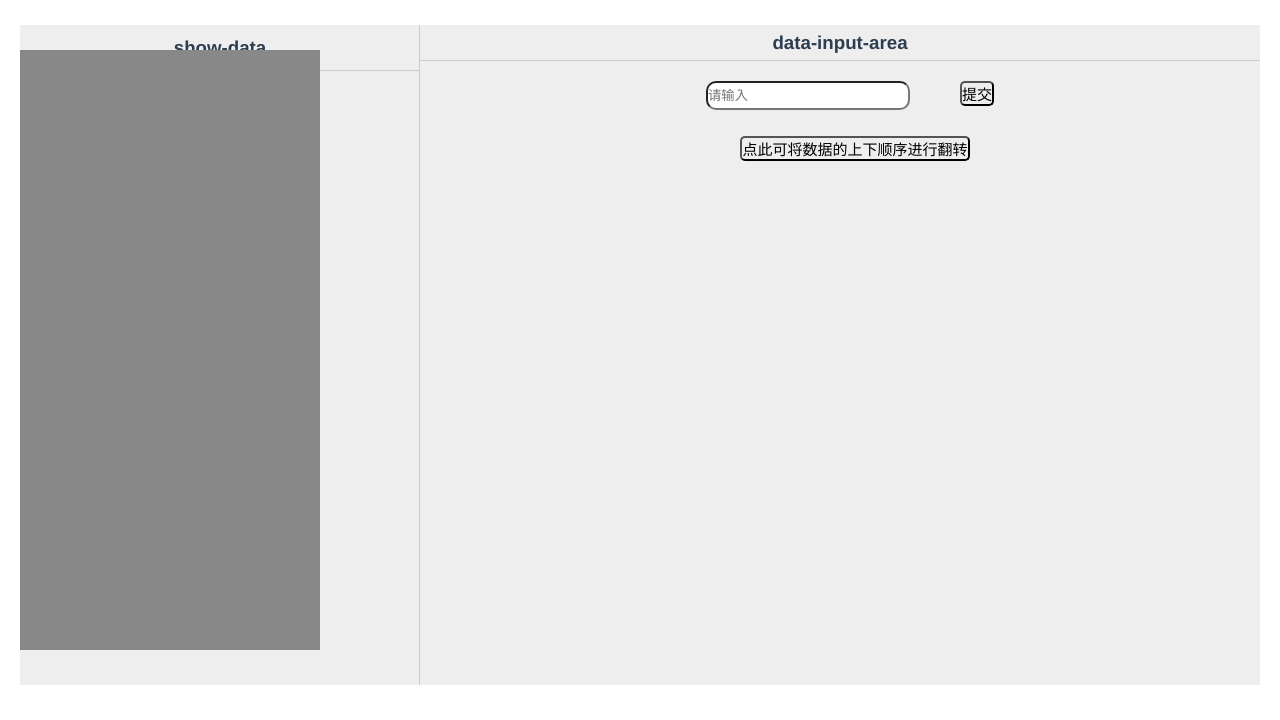
Repository: z-xy-git/demofirst
Page: /home/reverseShowData
An editor plug-in stored every save of this project. The page is shown before and after the next save, followed by the edit.
The browser window is 1280 px wide. The pictures show the whole page.
The project was rebuilt for these pictures with package versions that can differ from the ones it lists, and the page was loaded fresh each time.

Above is the page before, as saved 2021-03-01 12:03:05.

After the next save:
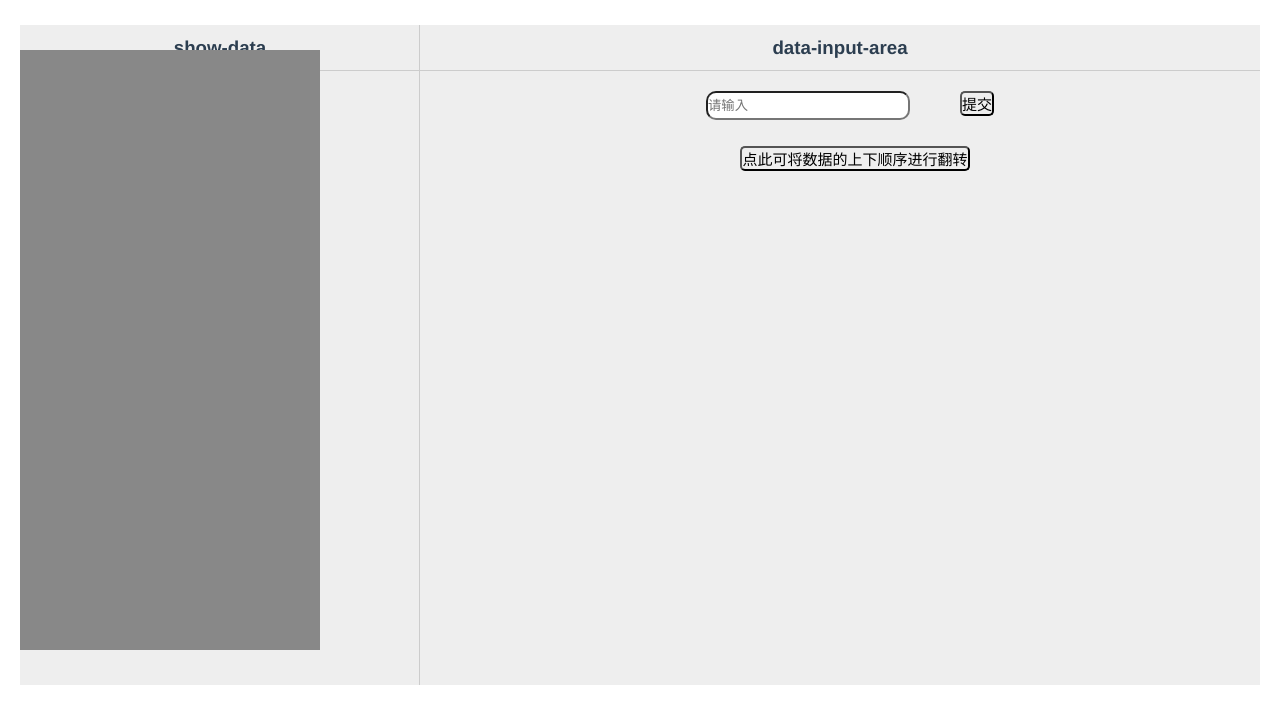
Saved 2 h 5 min later.
--- a/src/views/Home.vue
+++ b/src/views/Home.vue
@@ -85,8 +85,8 @@ export default {
     background-color: #eee;
   }
   .right-title{
-    height: 35px;
-    line-height: 35px;
+    height: 45px;
+    line-height: 45px;
     text-align: center;
     border-bottom: 1px solid #ccc;
   }
